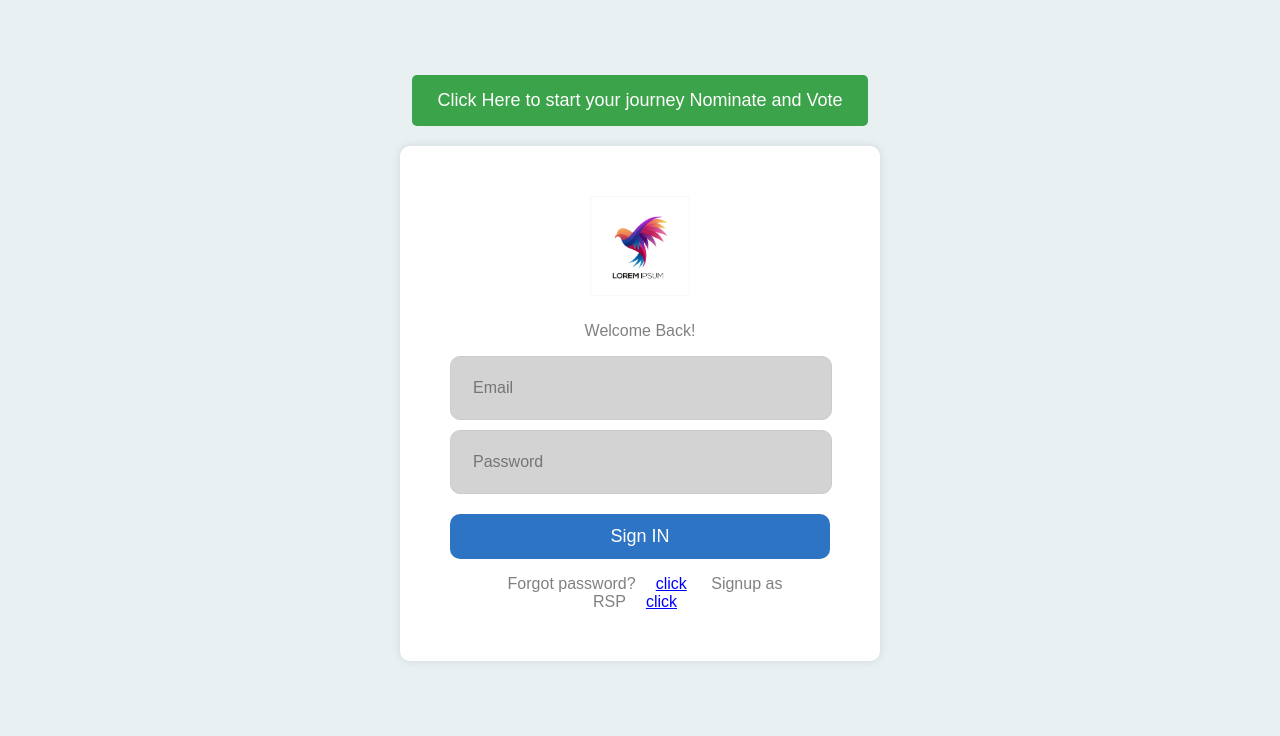
Repository: Femi007-gh/welcome
Page: index.html
These files come from the project's save history. The page is drawn as it stood at one moment and after a run of saves; the edit follows.
The browser window is 1280 px wide. The pictures show the whole page.

Above is the page before, as saved 2025-03-10 22:03:38.

### index.html
<html>
<head>
    <title>Login Page</title>
    <link rel="stylesheet" href="style.css">
</head>
<body>
    <button class="green-button">Click Here to start your journey Nominate and Vote</button>
    <div class="container">
        <img src="Logo.jpg" alt="Nigerian Shippers Council Logo">
        <p>Welcome Back!</p>
        <form action="your-server-endpoint" method="post">
            <div class="input-container">
                <input type="email" placeholder="Email" class="lit">
            </div>
            <div class="password-container">
                <input type="password" placeholder="Password" class="fit">
            </div>
            <button type="submit" class="sign-in-button">Sign IN</button>
        </form>
        <div class="links">
            <a href="#" class="under">Forgot password?</a><a href="#" class="underline">click</a>
            <a href="#" class="under">Signup as RSP</a><a href="#" class="underline">click</a>
        </div>
    </div>
</body>
</html>

### style.css
body {
  font-family: Arial, sans-serif;
  background-color: #e8f0f2;
  display: flex;
  justify-content: center;
  align-items: center;
  height: 100vh;
  flex-direction: column;
}
.green-button {
  background-color: #3ba349;
  color: white;
  padding: 15px 25px;
  border: none;
  border-radius: 5px;
  cursor: pointer;
  margin-bottom: 20px;
  font-size: 18px;
}
.container {
  background-color: white;
  padding: 50px;
  border-radius: 10px;
  box-shadow: 0 0 10px rgba(0, 0, 0, 0.1);
  text-align: center;
  width: 380px;
}
.container img {
  width: 100px;
  margin-bottom: 10px;
}
p {
  color: gray;
}
.input-container, .password-container {
  display: flex;
  align-items: center;
  background: #d3d3d3;
  border: 1px solid #ccc;
  border-radius: 10px;
  padding: 10px;
  width: calc(100% - 20px);
  margin: 10px 0;
}
.input-container input, .password-container input {
  border: none;
  outline: none;
  flex: 1;
  background: transparent;
  padding: 12px;
  font-size: 16px;
}
.password-container i {
  cursor: pointer;
  font-size: 18px;
  margin-left: 10px;
}
.sign-in-button {
  background-color: #2d74c4;
  color: white;
  padding: 12px;
  border: none;
  border-radius: 10px;
  cursor: pointer;
  width: 100%;
  font-size: 18px;
  margin-top: 10px;
}
.links {
  margin-top: 10px;
  font-size: 16px;
}
.links a {
  color: gray;
  text-decoration: none;
  margin: 0 10px;
}
.links a.underline {
  color: blue;
  text-decoration: underline;
}

After the next 2 saves:
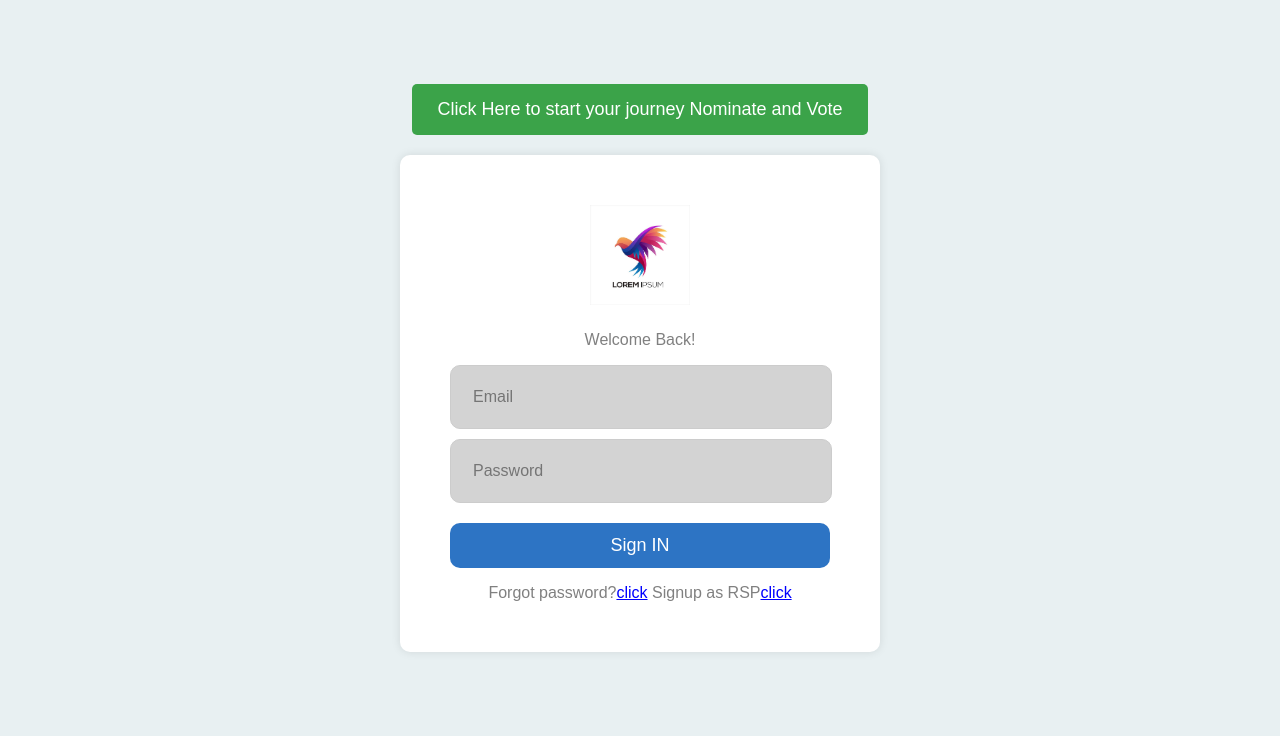
The 2 saves are shown as one change because they came seconds apart.
The last was saved 55 s later.
--- a/style.css
+++ b/style.css
@@ -73,7 +73,7 @@
 .links a {
   color: gray;
   text-decoration: none;
-  margin: 0 10px;
+  margin-
 }
 .links a.underline {
   color: blue;

After the 2 saves that followed:
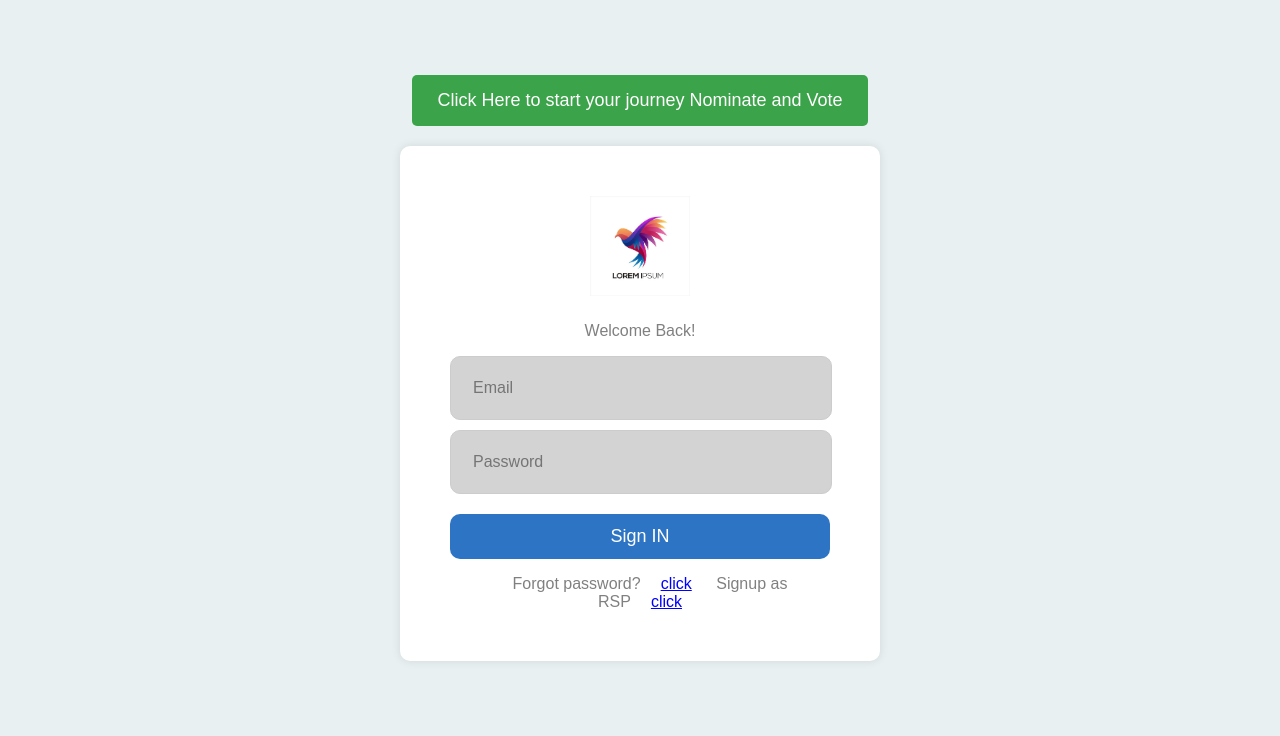
The 2 saves are shown as one change because they came seconds apart.
The last was saved 8 s later.
--- a/style.css
+++ b/style.css
@@ -73,7 +73,7 @@
 .links a {
   color: gray;
   text-decoration: none;
-  margin-
+  margin-left: 20px;
 }
 .links a.underline {
   color: blue;
